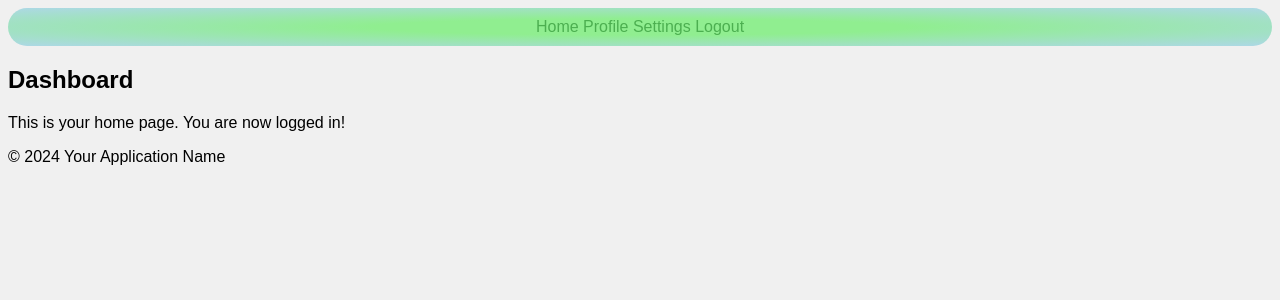
Repository: SriramulaNamithaReddy/Internship_projects
Page: http://localhost/home
An editor plug-in stored every save of this project. The page is shown before and after the next save, followed by the edit.
The browser window is 1280 px wide. The pictures show the whole page.
The page is this project's Thymeleaf template; nobody is signed in. The template is opened directly, without the code that normally fills it, so the values that code supplies are empty.

Above is the page before, as saved 2024-10-12 07:06:44.

After the next save:
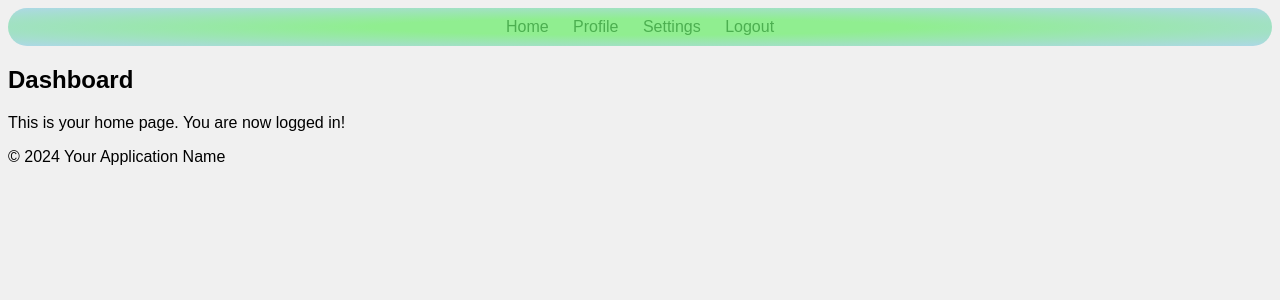
Saved 66 s later.
--- a/SecureUserAuthentication/src/main/resources/templates/home.html
+++ b/SecureUserAuthentication/src/main/resources/templates/home.html
@@ -15,6 +15,9 @@
 			background:radial-gradient(lightgreen 30%,lightblue);
 	        border-radius:60px;
 	        padding:10px;
+		}
+		.navlink{
+			padding: 0px 10px 0px 10px;
 		}
     </style>
 </head>
